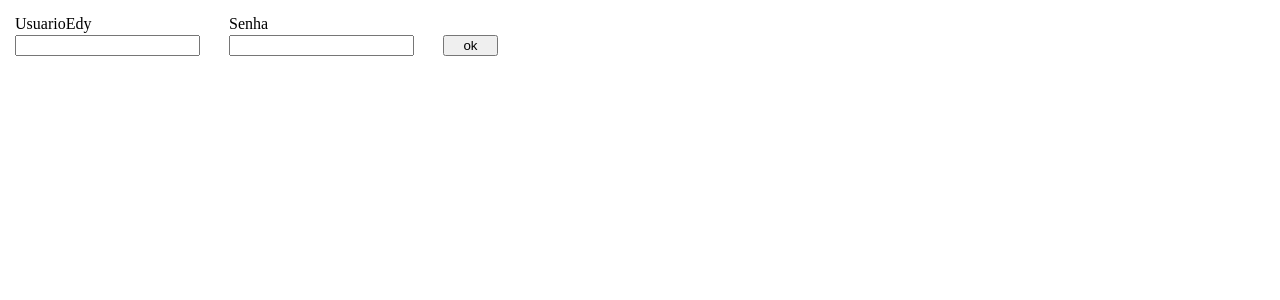
Repository: ermartins/MADASCAR
Page: http://localhost/ProjectPortal_ERM/Login/Login.jsp
These files come from the project's save history. The page is drawn as it stood at one moment and after the next save; the edit follows.
The browser window is 1280 px wide. The pictures show the whole page.
The page is served by Tomcat 9.

Above is the page before, as saved 2016-10-13 16:57:32.

After the next save:
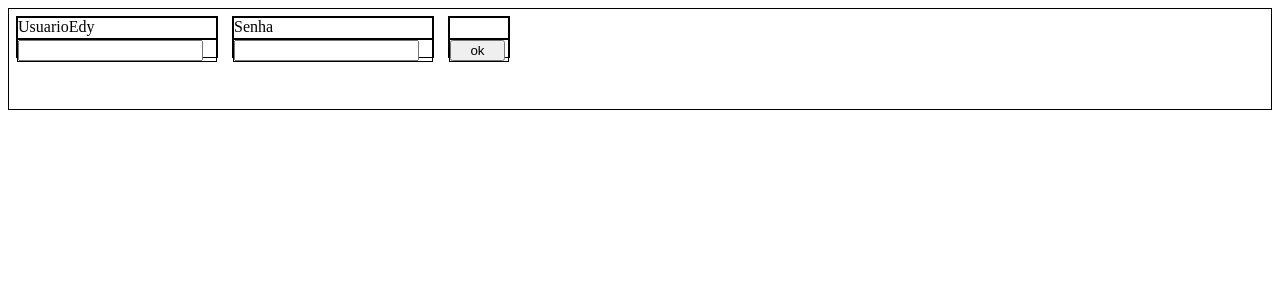
Saved 4 min 32 s later.
--- a/JAVA/ProjectPortal_ERM/WebContent/Styles/IncludeBorder.css
+++ b/JAVA/ProjectPortal_ERM/WebContent/Styles/IncludeBorder.css
@@ -1,4 +1,4 @@
-.cl_Border_{
+.cl_Border{
 border-style: solid;
 border-width: 1px;
 }
